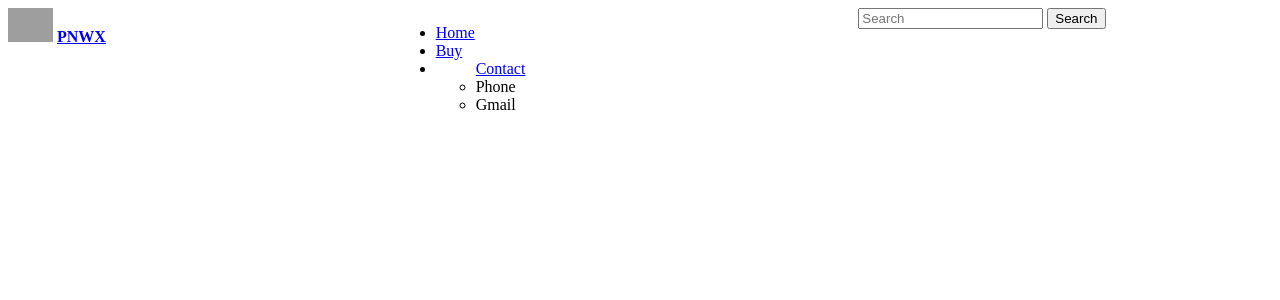
Repository: meiming24/meiming24.github.io
Page: index.html
An editor plug-in stored every save of this project. The page is shown before and after the next save, followed by the edit.
The browser window is 1280 px wide. The pictures show the whole page.
Pictures or frames that could not be fetched are drawn as grey boxes.

Above is the page before, as saved 2022-05-09 16:10:18.

After the next save:
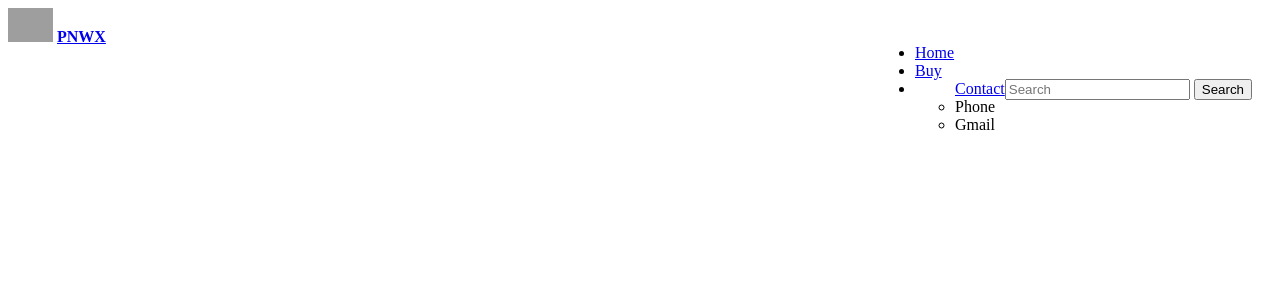
Saved 4 min 19 s later.
--- a/index.css
+++ b/index.css
@@ -21,6 +21,6 @@
 
 .nav-bar {
     display: flex;
-    justify-content: space-around;
-    flex: 80%;
+    align-items: center;
+    padding: 20px;
 }
